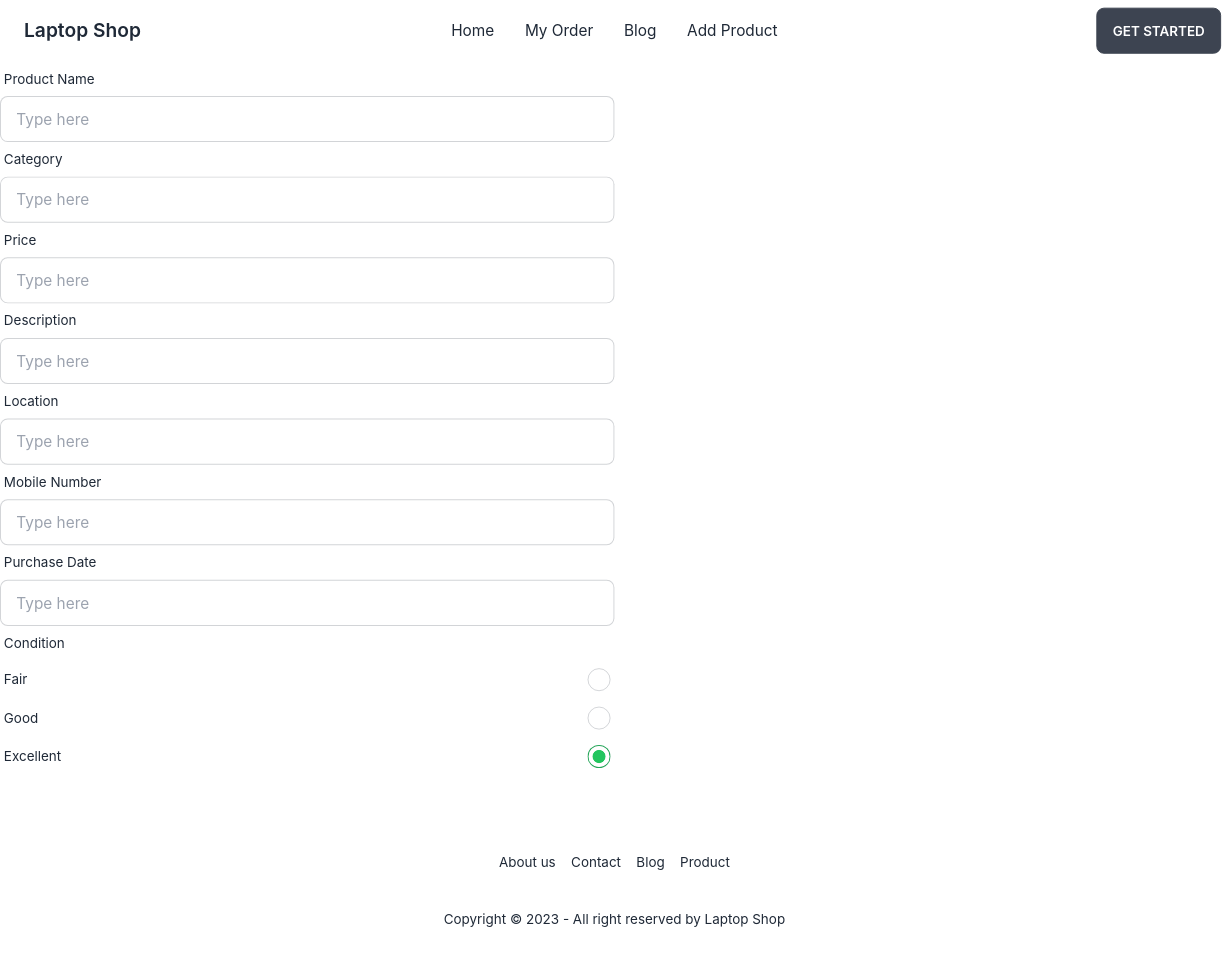
Repository: mdsajib50/E-commerce
Page: /add-product
These files come from the project's save history. The page is drawn as it stood at one moment and after a run of saves; the edit follows.
The browser window is 1280 px wide. The pictures show the whole page, at 96% of full size.
The project was rebuilt for these pictures with package versions that can differ from the ones it lists, and the page was loaded fresh each time. Also part of the build but not shown: src/Pages/Home/Banner/Banner.js, src/Pages/Home/Product/ProductCard.js, src/Pages/Home/Product/Product.js, src/Pages/Home/Home/Home.js.

Above is the page before, as saved 2023-01-11 23:15:56.

### src/App.js
import logo from './logo.svg';
import './App.css';
import { RouterProvider } from 'react-router';
import router from './Routes/Router';

function App() {
  return (
    <div className="App">
        <RouterProvider router={router}></RouterProvider>
    </div>
  );
}

export default App;

### src/Routes/Router.js
import React from 'react';
import { createBrowserRouter } from 'react-router-dom';
import Main from '../Layout/Main/Main';
import AddProduct from '../Pages/AddProduct/AddProduct';
import Home from '../Pages/Home/Home/Home';

const router = createBrowserRouter([
    {
        path: '/',
        element: <Main></Main>,
        children:[
            {
                path:'/',
                element:<Home></Home>
            },
            {
                path:'/home',
                element:<Home></Home>
            },
            {
                path: '/add-product',
                element: <AddProduct></AddProduct>
            }
        ]
    }
])

export default router;

### src/Layout/Main/Main.js
import React from 'react';
import { Outlet } from 'react-router';
import Footer from '../../Pages/Shared/Footer/Footer';
import Header from '../../Pages/Shared/Header/Header';

const Main = () => {
    return (
        <div>
            <Header></Header>
            <Outlet></Outlet>
            <Footer></Footer>
        </div>
    );
};

export default Main;

### src/Pages/AddProduct/AddProduct.js
import React from 'react';

const AddProduct = () => {
    return (
        <div className=''>
           <div className=' text-center w-1/2 '>
                <form>
                    <div className="form-control">
                        <label className="label">
                            <span className="label-text">Product Name</span>
                        </label>
                        <input type="text" name='product_name' placeholder="Type here" className="input input-bordered" />
                    </div>
                    <div className="form-control">
                        <label className="label">
                            <span className="label-text">Category</span>
                        </label>
                        <input type="text" name='category' placeholder="Type here" className="input input-bordered" />
                    </div>
                    <div className="form-control">
                        <label className="label">
                            <span className="label-text">Price</span>
                        </label>
                        <input type="text" name='price' placeholder="Type here" className="input input-bordered" />
                    </div>
                    <div className="form-control">
                        <label className="label">
                            <span className="label-text">Description</span>
                        </label>
                        <input type="text" name='description' placeholder="Type here" className="input input-bordered" />
                    </div>
                    <div className="form-control">
                        <label className="label">
                            <span className="label-text">Location</span>
                        </label>
                        <input type="text" name='location' placeholder="Type here" className="input input-bordered" />
                    </div>
                    <div className="form-control">
                        <label className="label">
                            <span className="label-text">Mobile Number</span>
                        </label>
                        <input type="text" name='mobile' placeholder="Type here" className="input input-bordered" />
                    </div>
                    <div className="form-control">
                        <label className="label">
                            <span className="label-text">Purchase Date </span>
                        </label>
                        <input type="text" name='date' placeholder="Type here" className="input input-bordered" />
                    </div>
                    <div className="form-control rounded-xl">
                    <label className="label">
                            <span className="label-text">Condition </span>
                        </label>
                        <div className="form-control">
                            <label className="label cursor-pointer">
                                <span className="label-text">Fair</span>
                                <input type="radio" value='fair' name="condition" className="radio checked:bg-red-500" checked />
                            </label>
                            </div>
                            <div className="form-control">
                            <label className="label cursor-pointer">
                                <span className="label-text">Good</span>
                                <input type="radio" value='good' name="condition" className="radio checked:bg-blue-500" checked />
                            </label>
                        </div>
                            <div className="form-control">
                            <label className="label cursor-pointer">
                                <span className="label-text">Excellent</span>
                                <input type="radio" value='excellent' name="condition" className="radio checked:bg-green-500" checked />
                            </label>
                        </div>
                    </div>
                    </form>
           </div>
        </div>
    );
};

export default AddProduct;

### src/Pages/Shared/Footer/Footer.js
import React from 'react';

const Footer = () => {
    return (
        <footer className="footer footer-center p-10 text-base-content rounded mt-10">
            <div className="grid grid-flow-col gap-4">
                <a className="link link-hover">About us</a>
                <a className="link link-hover">Contact</a>
                <a className="link link-hover">Blog</a>
                <a className="link link-hover">Product</a>
            </div>
            <div>
                <p>Copyright © 2023 - All right reserved by Laptop Shop</p>
            </div>
</footer>
    );
};

export default Footer;

### src/Pages/Shared/Header/Header.js
import React from 'react';
import { Link } from 'react-router-dom';

const Header = () => {
    return (
        <div className="navbar bg-base-100">
        <div className="navbar-start">
            <div className="dropdown">
            <label tabIndex={0} className="btn btn-ghost lg:hidden">
                <svg xmlns="http://www.w3.org/2000/svg" className="h-5 w-5" fill="none" viewBox="0 0 24 24" stroke="currentColor"><path strokeLinecap="round" strokeLinejoin="round" strokeWidth="2" d="M4 6h16M4 12h8m-8 6h16" /></svg>
            </label>
            <ul tabIndex={0} className="menu menu-compact dropdown-content mt-3 p-2 shadow bg-base-100 rounded-box w-52">
                <li><Link to='/home'>Home</Link></li>
                <li><Link to='/myorder'>My Order</Link></li>
                <li><Link to='/blog'>Blog</Link></li>
                <li><Link to='/add-product'>Add A Product</Link></li>
            </ul>
            </div>
            <a className="btn btn-ghost normal-case text-xl">Laptop Shop</a>
        </div>
        <div className="navbar-center hidden lg:flex">
            <ul className="menu menu-horizontal px-1">
                <li><Link to='/home'>Home</Link></li>
                <li><Link to='/myorder'>My Order</Link></li>
                <li><Link to='/blog'>Blog</Link></li>
                <li><Link to='/add-product'>Add Product</Link></li>
            </ul>
        </div>
        <div className="navbar-end">
            <a className="btn">Get started</a>
        </div>
</div>
    );
};

export default Header;

Loaded but not shown: src/index.js (common file); src/index.css (common file); src/reportWebVitals.js (common file); src/App.css (common file); tailwind.config.js (common file)

After the next 3 saves:
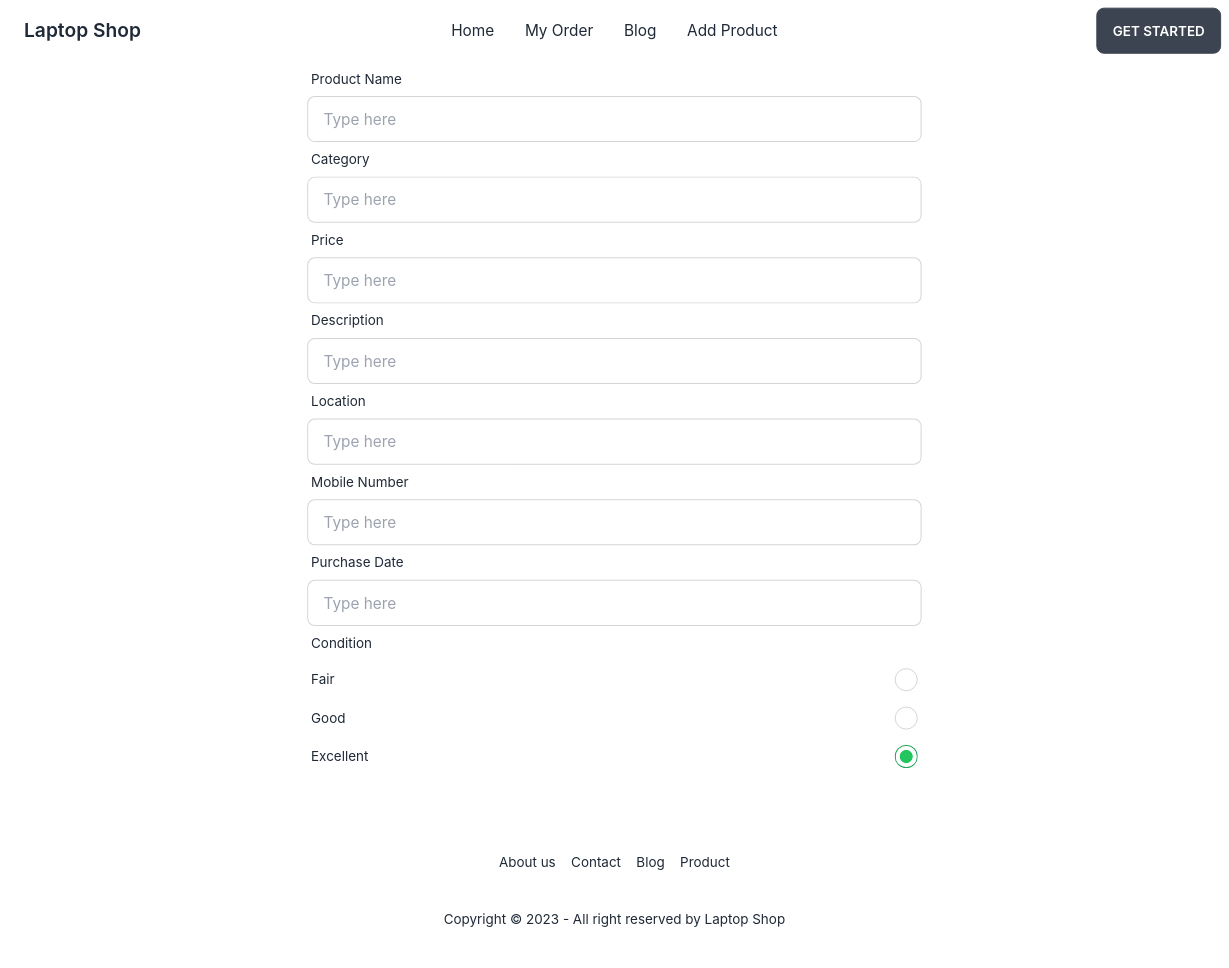
The 3 saves are shown as one change because they came seconds apart.
The last was saved 16 s later.
--- a/src/Pages/AddProduct/AddProduct.js
+++ b/src/Pages/AddProduct/AddProduct.js
@@ -3,7 +3,7 @@ import React from 'react';
 const AddProduct = () => {
     return (
         <div className=''>
-           <div className=' text-center w-1/2 '>
+           <div className=' text-center w-1/2 mx-auto'>
                 <form>
                     <div className="form-control">
                         <label className="label">
